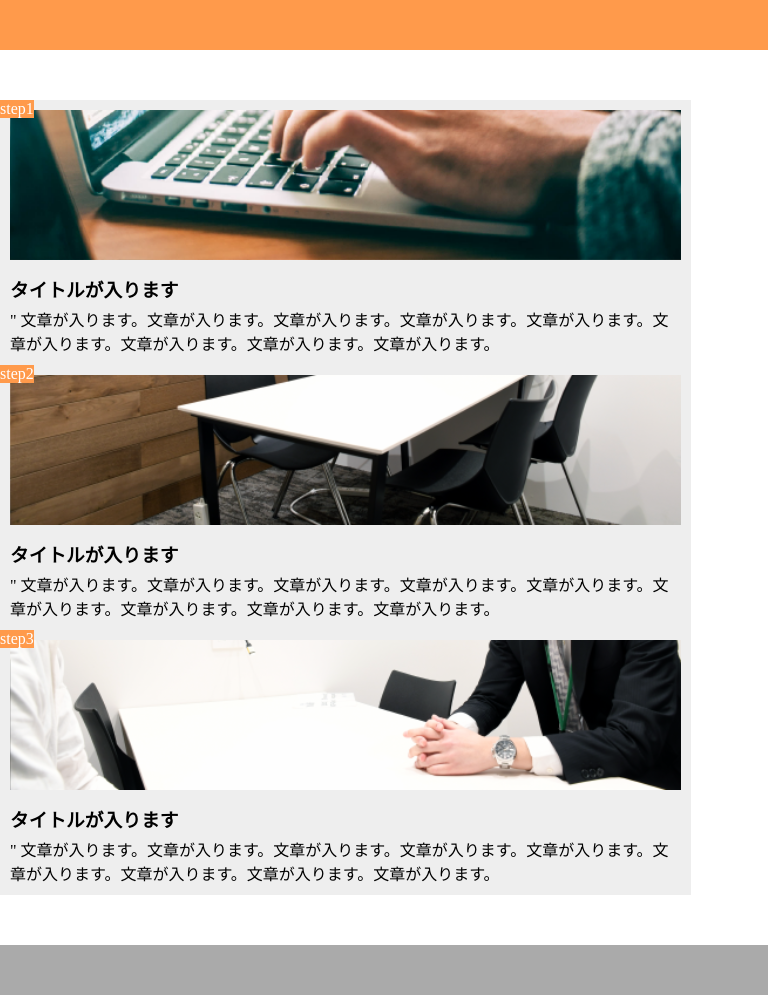
Repository: BRK-munger/9-
Page: 9章演習/index.html
The author's editor kept a record of every edit. The page is drawn from the files as they stood at one moment, then again after the next edit.
The browser window is 768 px wide. The pictures show the whole page.

Above is the page before.

After the next edit:
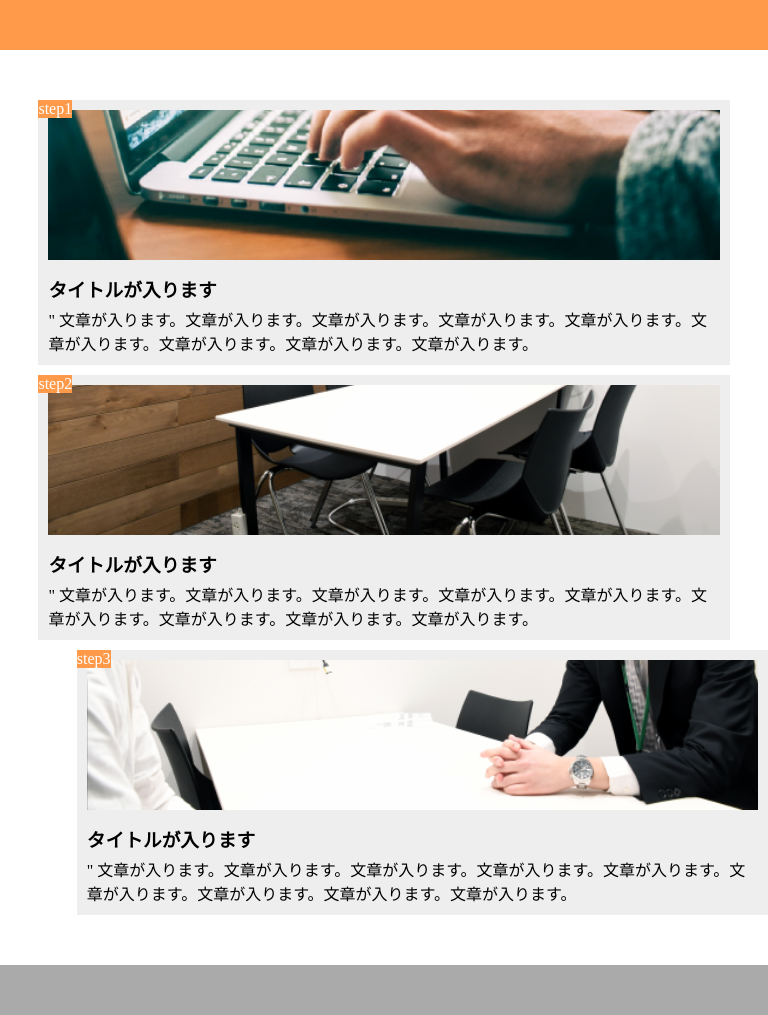
The edit:
--- a/9章演習/style.css
+++ b/9章演習/style.css
@@ -77,7 +77,7 @@
 
 .step-box {
   width: 90%;
-  margin: 10 auto;
+  margin: 10px auto;
  }
 
  .step-box:last-child {
